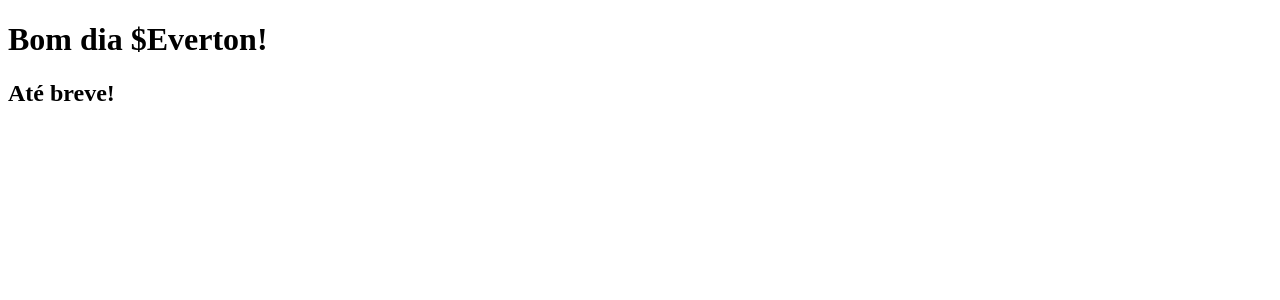
Repository: evertonagilar/Curso-Web-Moderno-Completo
Page: / (app in cap22-React/exercicios/)
An editor plug-in stored every save of this project. The page is shown before and after the next save, followed by the edit.
The browser window is 1280 px wide. The pictures show the whole page.
The project was rebuilt for these pictures with package versions that can differ from the ones it lists, and the page was loaded fresh each time.

Above is the page before, as saved 2023-09-18 19:49:12.

After the next save:
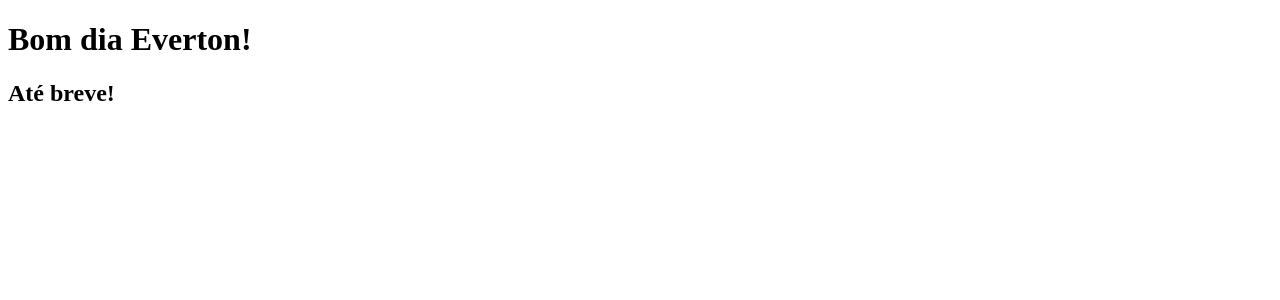
Saved 10 s later.
--- a/cap22-React/exercicios/src/components/BomDia.jsx
+++ b/cap22-React/exercicios/src/components/BomDia.jsx
@@ -2,6 +2,6 @@ import React from 'react';
 
 export default props =>
     <div>
-        <h1>Bom dia ${props.nome}!</h1>
+        <h1>Bom dia {props.nome}!</h1>
         <h2>Até breve!</h2>
     </div>
